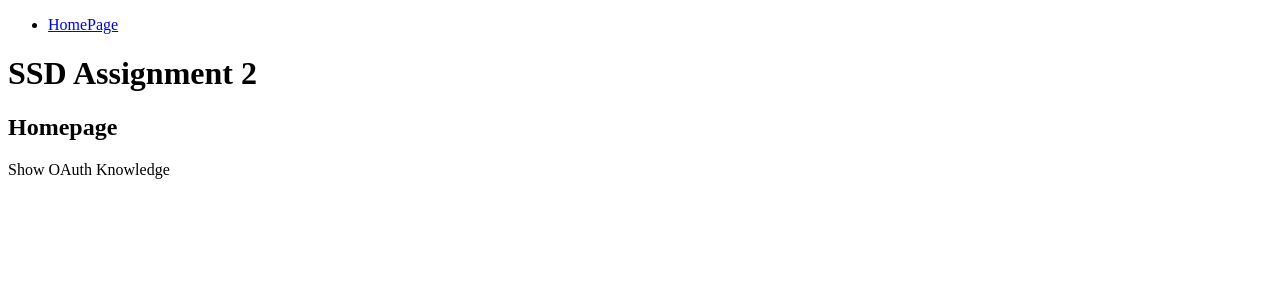
Repository: RISBandara/Oauth2-Assignment2
Page: http://localhost/
The author's editor kept a copy of each file at every save. The page is drawn from the files as they stood at one save, then again after the next save.
The browser window is 1280 px wide. The pictures show the whole page.
The page is served by the project's Node server (app.js).

Above is the page before, as saved 2019-09-11 09:10:19.
Not found: Oauth/public/css/style.css

### Oauth/views/home.ejs
<!DOCTYPE html>
<html>
    <head>
        <meta charset="utf-8">
        <title>SSD Assignment 2</title>
        <link rel="stylesheet" href="./public/css/style.css" type="text/css">
    </head>

    <body>
        <nav>
            <ul>
                <li><a href="/">HomePage</a></li>
            </ul>
        </nav>
        <header>
            <h1>SSD Assignment 2</h1>
            <h2>Homepage</h2>
        </header>
        <main>
            <p>Show OAuth Knowledge</p>
        </main>
    </body>
</html>

### Oauth/app.js
const express = require('express');

const app = express();

//set view engine
app.set('view engine','ejs');

//create route
app.get('/',(req,res) =>{

    res.render('home.ejs');
});

//port
app.listen(3000,()=>{
    console.log('started in 3000');
})

After the next save:
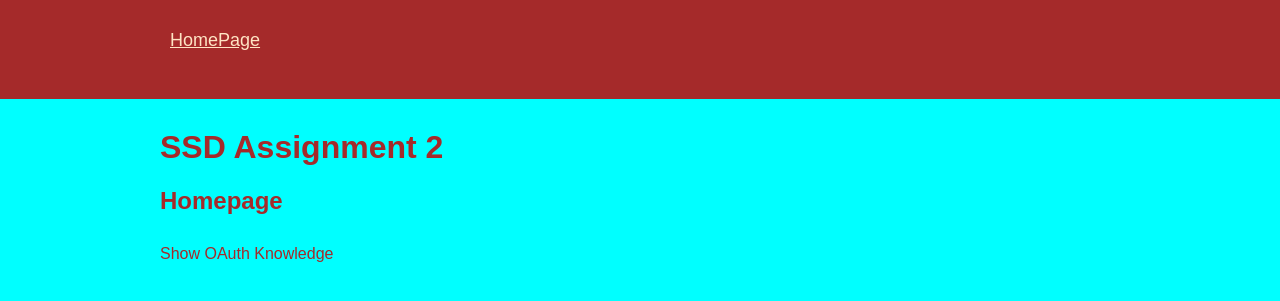
Saved 64 s later.
--- a/Oauth/views/home.ejs
+++ b/Oauth/views/home.ejs
@@ -4,6 +4,41 @@
         <meta charset="utf-8">
         <title>SSD Assignment 2</title>
         <link rel="stylesheet" href="./public/css/style.css" type="text/css">
+        <style>
+            body{
+    font-family: Arial, Helvetica, sans-serif;
+    margin: 0;
+    background-color: aqua;
+}
+nav{
+    background-color: brown;
+    padding: 20px 10px;
+}
+
+nav ul{
+max-width: 960px;
+margin: 0 auto;
+padding: 0;
+}
+nav li{
+    list-style-type: none ;
+    display: inline;
+    margin: 0 10px 0 0;
+}
+nav a{
+    display: block;
+    padding: 10px;
+    font-size: 18px;
+    color: bisque;
+}
+
+main ,header{
+    max-width: 960px;
+    margin: 30px auto;
+    padding: 0 10px;
+    color: brown;
+}
+        </style>
     </head>
 
     <body>
